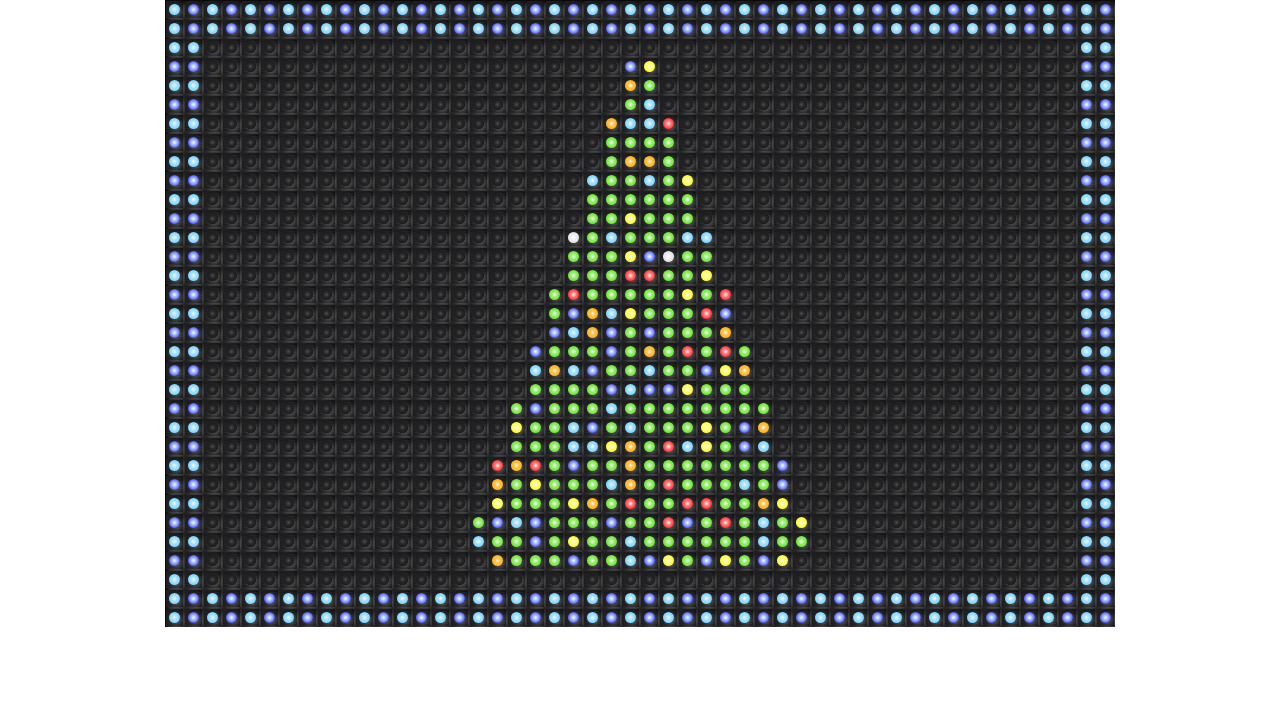
Repository: NadiaSchmitz/christmas
Page: index.html
The author's editor kept a record of every edit. The page is drawn from the files as they stood at one moment, then again after the next edit.
The browser window is 1280 px wide. The pictures show the whole page.

Above is the page before.

After the next edit:
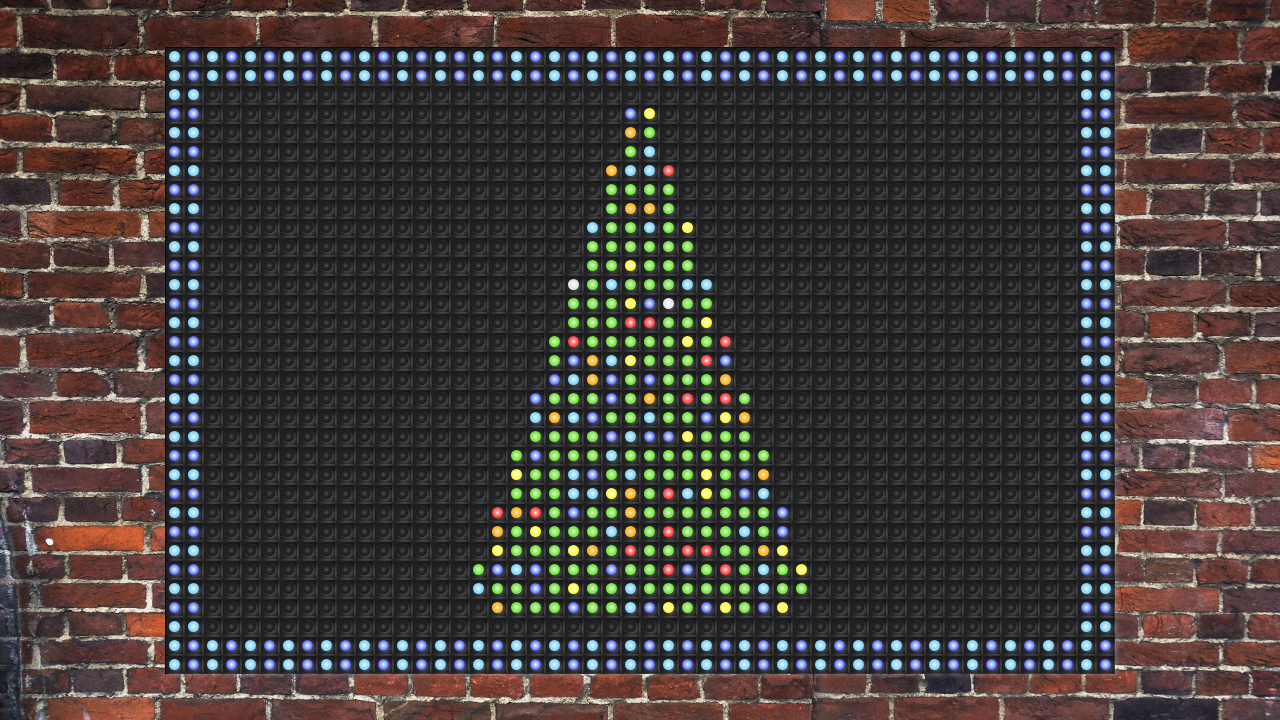
The edit:
--- a/index.html
+++ b/index.html
@@ -13,10 +13,8 @@
 </head>
 
 <body>
-  <section>
-  <section class="wrapper">
-
-  </section>
+  <section id="christmas">
+  <section class="wrapper"></section>
   </section>
   <script type="text/javascript" src="./js/disco.js"></script>
 </body>
